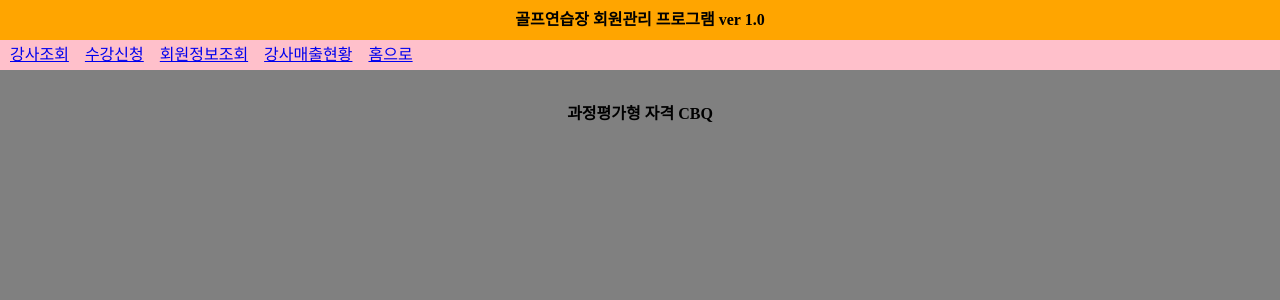
Repository: wjdwlgns1101/school_hrd
Page: http://localhost/hrd_30111_1_/
These files come from the project's save history. The page is drawn as it stood at one moment and after the next save; the edit follows.
The browser window is 1280 px wide. The pictures show the whole page.
The page is served by Tomcat 9.

Above is the page before, as saved 2024-05-06 13:55:03.

After the next save:
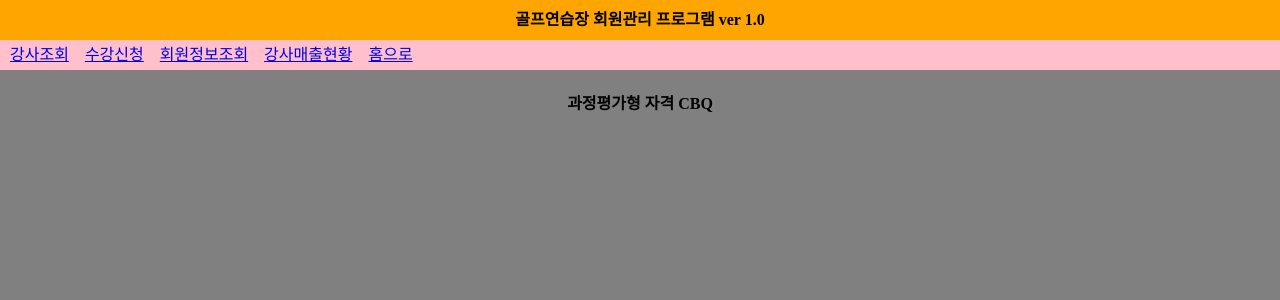
Saved 7 s later.
--- a/hrd_30111_(1)/hrd_30111(1)/src/main/webapp/index.jsp
+++ b/hrd_30111_(1)/hrd_30111(1)/src/main/webapp/index.jsp
@@ -8,7 +8,7 @@
 </head>
 <body>
 <jsp:include page="header.jsp"></jsp:include>
-<section style="position: fixed; background-color: gray; top: 70px; text-align: center; left: 0; width: 100%; height: 100%; padding-top: 30px;">
+<section style="position: fixed; background-color: gray; top: 70px; text-align: center; left: 0; width: 100%; height: 100%; padding-top: 20px;">
 <b style="padding-top: 10px;">과정평가형 자격 CBQ<b>
 
 
